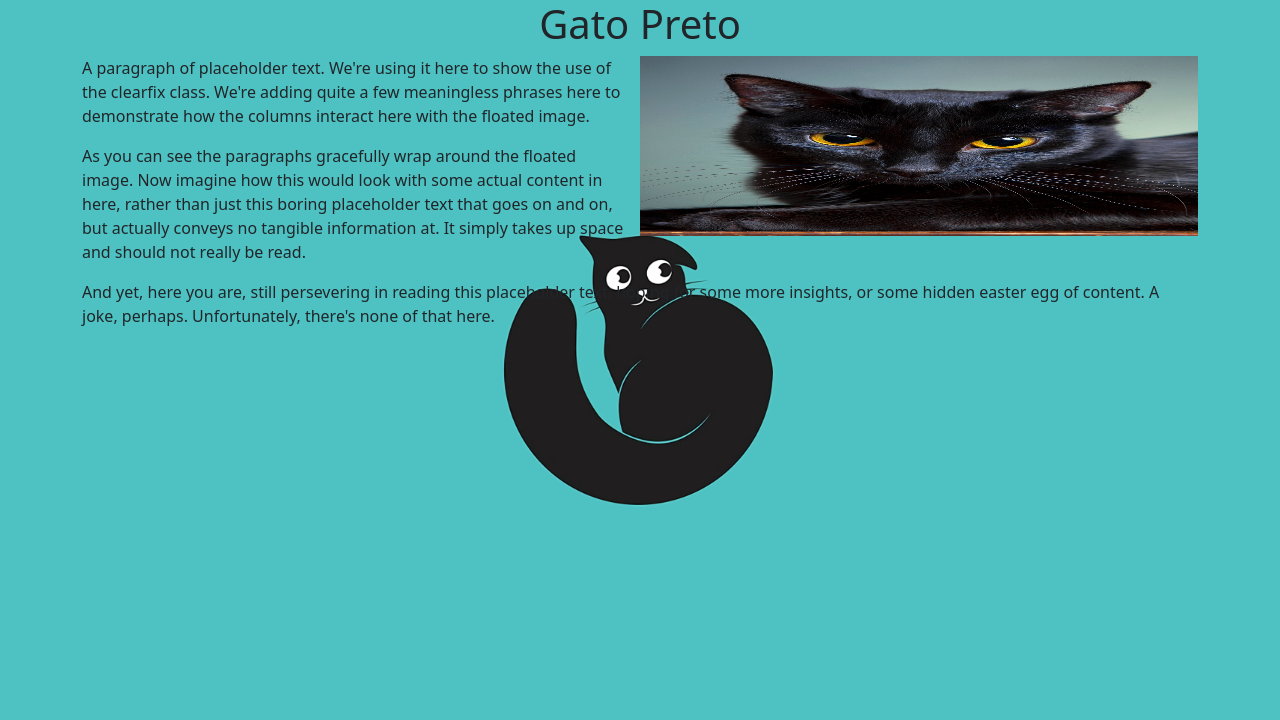
Repository: SktYzu/gatitu
Page: index.html
An editor plug-in stored every save of this project. The page is shown before and after the next save, followed by the edit.
The browser window is 1280 px wide. The pictures show the whole page.

Above is the page before, as saved 2023-11-27 15:03:23.

### index.html
<!DOCTYPE html>
<html lang="pt-BR">

<head>
    <meta charset="UTF-8">
    <meta name="viewport" content="width=device-width, initial-scale=1.0">
    <link rel="stylesheet" href="https://cdn.jsdelivr.net/npm/bootstrap@5.3.2/dist/css/bootstrap.min.css">
    <script src="https://cdn.jsdelivr.net/npm/bootstrap@5.3.2/dist/js/bootstrap.bundle.min.js"
        integrity="sha384-C6RzsynM9kWDrMNeT87bh95OGNyZPhcTNXj1NW7RuBCsyN/o0jlpcV8Qyq46cDfL"
        crossorigin="anonymous"></script>
    <title>Teste</title>
    <style>
        body {
            background-image: url('cat.jpg');
            background-size: cover;
        }
    </style>
</head>

<body>

    <h1 class="container text-center">Gato Preto</h1>
    <div class="container">

        <div class="clearfix">
            <img src="preto.jpg" class="col-md-6 float-md-end mb-3 ms-md-3" alt="..." width="30%" height="180">

            <p>
                A paragraph of placeholder text. We're using it here to show the use of the clearfix class. We're adding
                quite a few meaningless phrases here to demonstrate how the columns interact here with the floated
                image.
            </p>

            <p>
                As you can see the paragraphs gracefully wrap around the floated image. Now imagine how this would look
                with
                some actual content in here, rather than just this boring placeholder text that goes on and on, but
                actually
                conveys no tangible information at. It simply takes up space and should not really be read.
            </p>

            <p>
                And yet, here you are, still persevering in reading this placeholder text, hoping for some more
                insights, or
                some hidden easter egg of content. A joke, perhaps. Unfortunately, there's none of that here.
            </p>
        </div>
    </div>


</body>

</html>

After the next save:
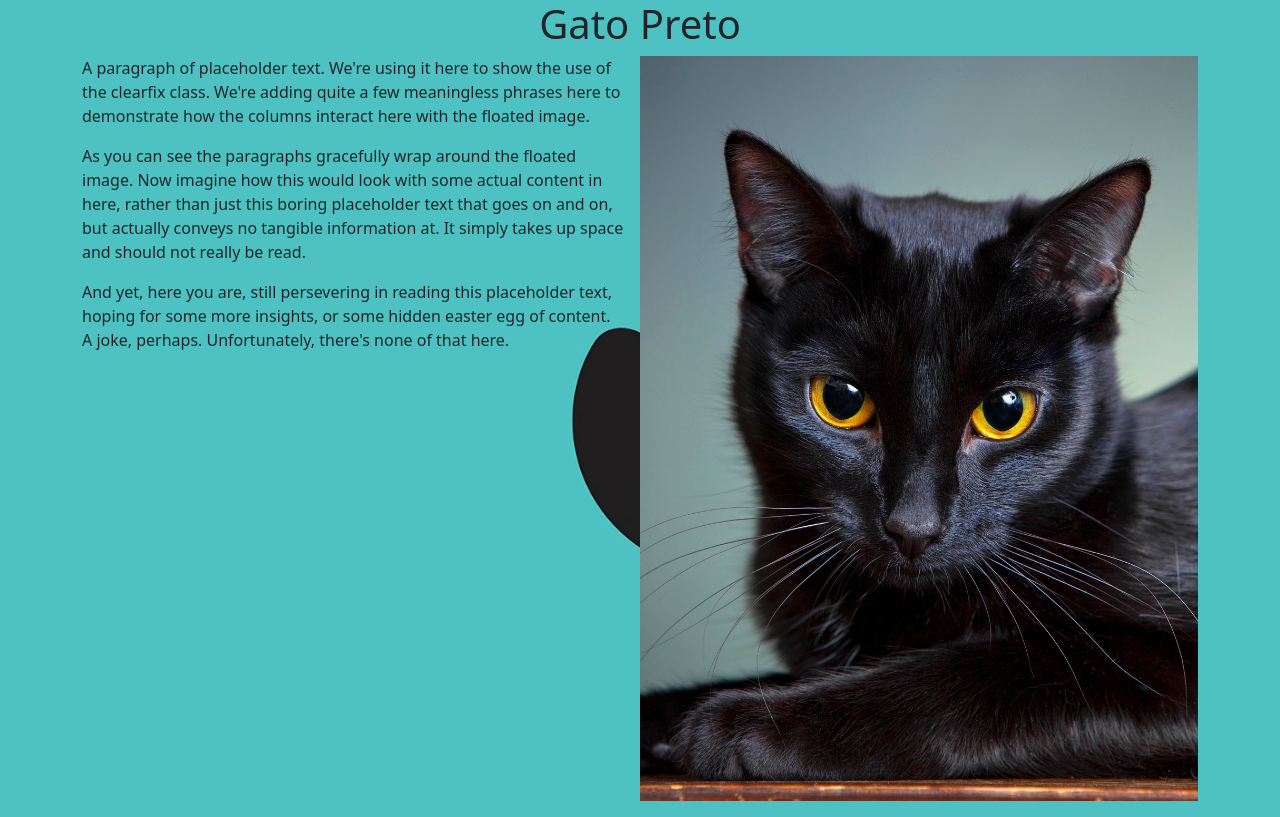
Saved 10 s later.
--- a/index.html
+++ b/index.html
@@ -23,7 +23,7 @@
     <div class="container">
 
         <div class="clearfix">
-            <img src="preto.jpg" class="col-md-6 float-md-end mb-3 ms-md-3" alt="..." width="30%" height="180">
+            <img src="preto.jpg" class="col-md-6 float-md-end mb-3 ms-md-3" alt="..." width="30%" height="30%">
 
             <p>
                 A paragraph of placeholder text. We're using it here to show the use of the clearfix class. We're adding
